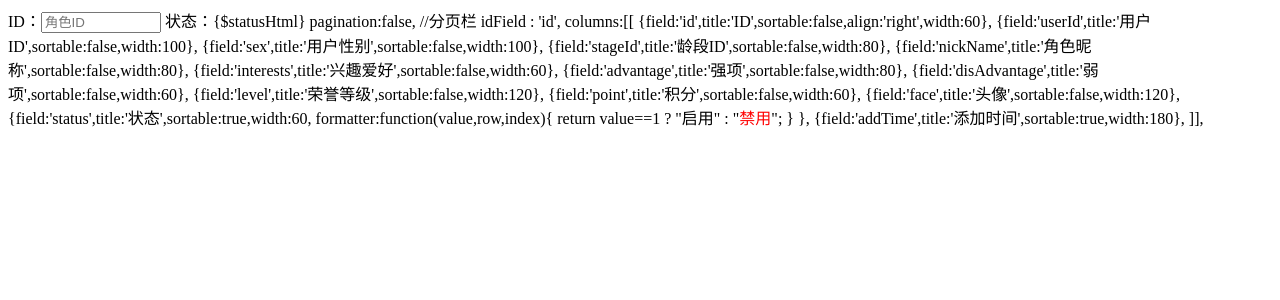
Repository: pridewu/hipi
Page: Education_dev_platform/branches/v1/Application/System/View/v1/Role/index.html
An editor plug-in stored every save of this project. The page is shown before and after the next save, followed by the edit.
The browser window is 1280 px wide. The pictures show the whole page.

Above is the page before, as saved 2014-12-08 01:26:34.

After the next save:
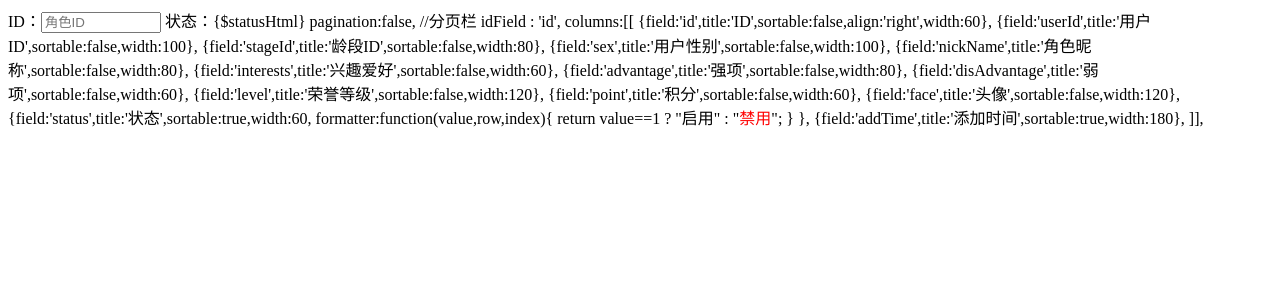
Saved 110 s later.
--- a/Education_dev_platform/branches/v1/Application/System/View/v1/Role/index.html
+++ b/Education_dev_platform/branches/v1/Application/System/View/v1/Role/index.html
@@ -23,8 +23,8 @@
 	    columns:[[
             {field:'id',title:'ID',sortable:false,align:'right',width:60},
             {field:'userId',title:'用户ID',sortable:false,width:100},
+            {field:'stageId',title:'龄段ID',sortable:false,width:80},
             {field:'sex',title:'用户性别',sortable:false,width:100},
-            {field:'stageId',title:'龄段ID',sortable:false,width:80},
             {field:'nickName',title:'角色昵称',sortable:false,width:80},
             {field:'interests',title:'兴趣爱好',sortable:false,width:60},
             {field:'advantage',title:'强项',sortable:false,width:80},
